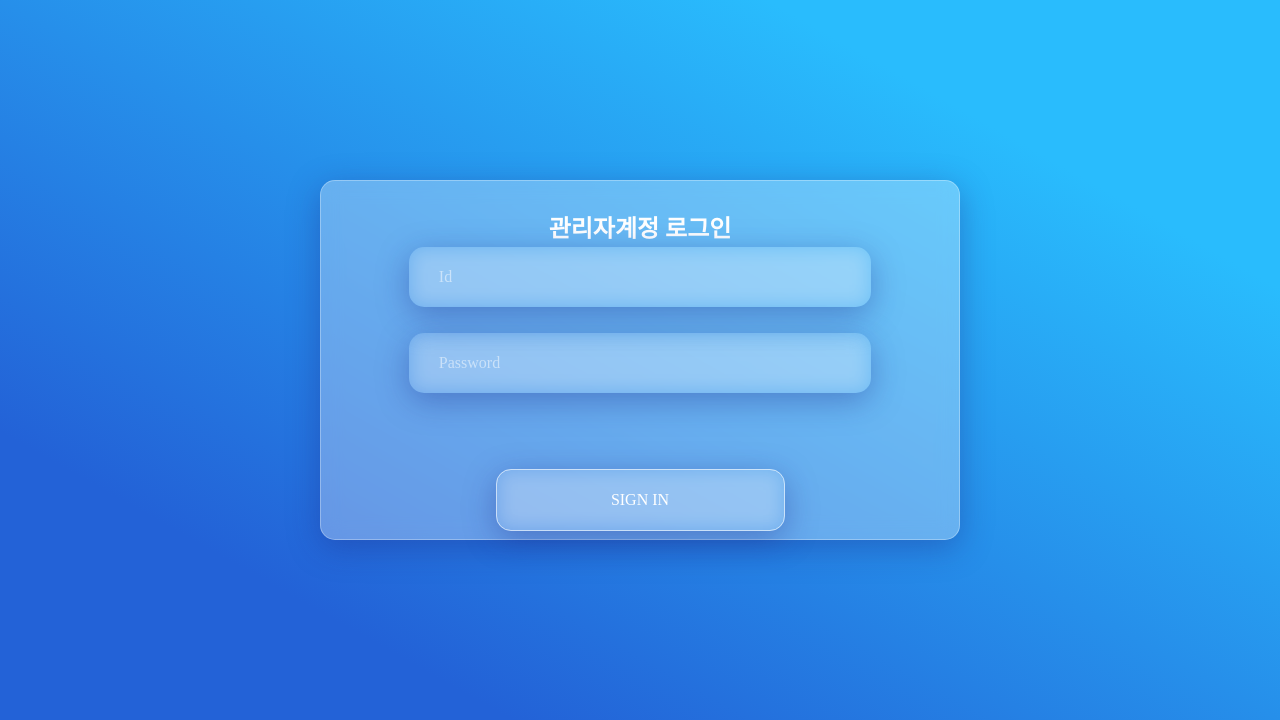
Repository: LEEYONGJUN3068/cms
Page: /login
These files come from the project's save history. The page is drawn as it stood at one moment and after the next save; the edit follows.
The browser window is 1280 px wide. The pictures show the whole page.
The page's requests for data from a server got no answer. The project was rebuilt for these pictures with package versions that can differ from the ones it lists, and the page was loaded fresh each time. The framework's server and built-in components were replaced by stand-ins that run in the browser. No one was signed in, and anything a server would have sent is missing. Also part of the build but not shown: next.config.mjs.

Above is the page before, as saved 2025-09-23 14:42:05.

After the next save:
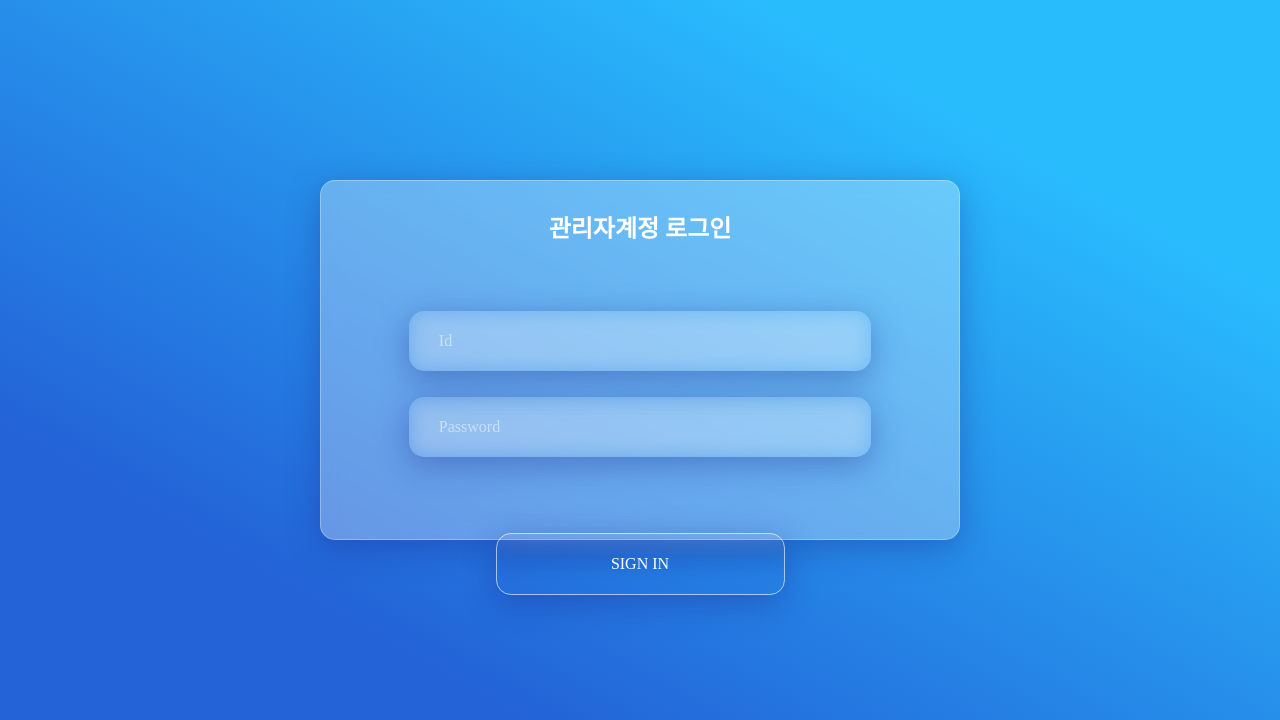
Saved 21 s later.
--- a/src/app/login/login.module.scss
+++ b/src/app/login/login.module.scss
@@ -7,6 +7,7 @@
         text-align: center;
         font-weight: bold;
         font-size: clamp(0px, 4vw, 24px);
+        margin-bottom: 5vw;
     }
 
     .form{
